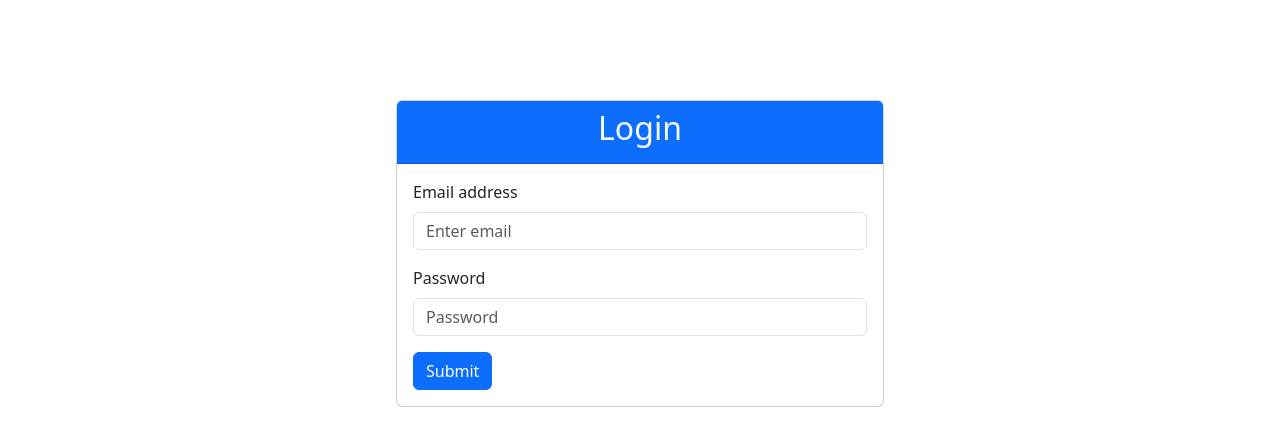
Repository: trider/react-task-app
Page: /login
An editor plug-in stored every save of this project. The page is shown before and after the next save, followed by the edit.
The browser window is 1280 px wide. The pictures show the whole page.
The project was rebuilt for these pictures with package versions that can differ from the ones it lists, and the page was loaded fresh each time.

Above is the page before, as saved 2024-05-02 16:21:48.

After the next save:
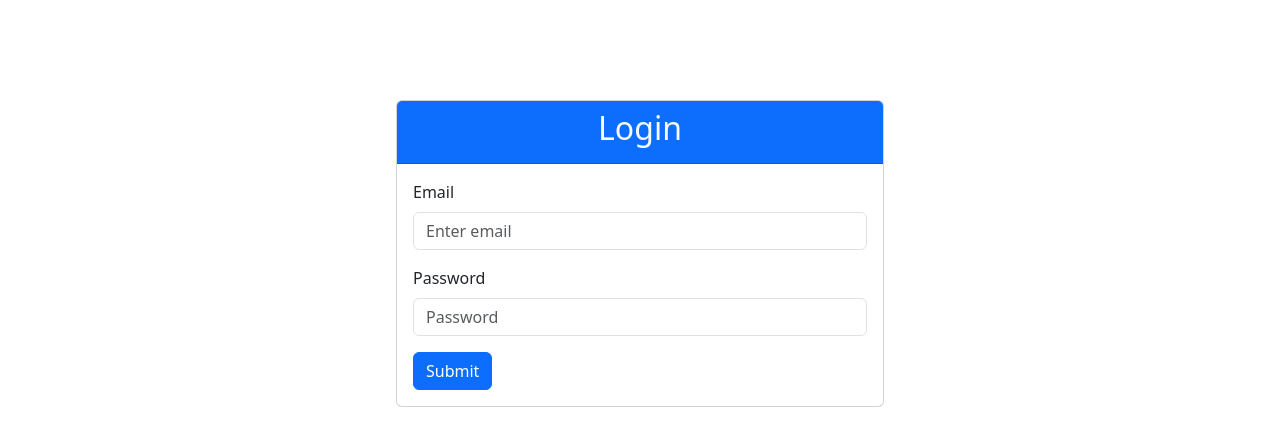
Saved 46 s later.
--- a/src/pages/Login.js
+++ b/src/pages/Login.js
@@ -9,7 +9,7 @@ const FormBody = () => {
     <div>
       <Form>
         <Form.Group className="mb-3" controlId="formBasicEmail">
-          <Form.Label>Email address</Form.Label>
+          <Form.Label>Email</Form.Label>
           <Form.Control type="email" placeholder="Enter email" />
         </Form.Group>
 
@@ -18,7 +18,7 @@ const FormBody = () => {
           <Form.Control type="password" placeholder="Password" />
         </Form.Group>
 
-        <Button variant="primary" type="submit">
+        <Button variant="primary" type="submit" className='text-center'>
           Submit
         </Button>
       </Form>
